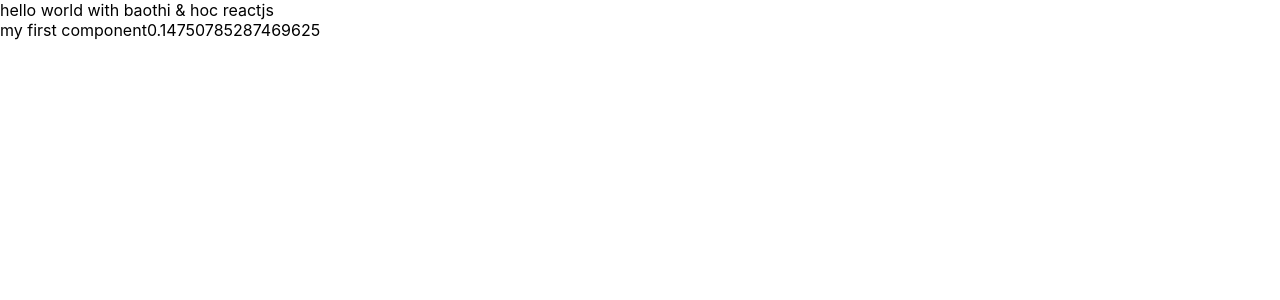
Repository: baothi/base-reactjs
Page: /
The author's editor kept a copy of each file at every save. The page is drawn from the files as they stood at one save, then again after the next save.
The browser window is 1280 px wide. The pictures show the whole page.
The project was rebuilt for these pictures with package versions that can differ from the ones it lists, and the page was loaded fresh each time. Also part of the build but not shown: src/App.css.

Above is the page before, as saved 2022-10-08 13:12:05.

### src/App.js
import logo from './logo.svg';
import './App.css';
import { useDispatch, useSelector } from 'react-redux';
// import { increaseCounter, decreaseCounter } from './redux/action/counterAction';
import MyComponent from './components/MyComponent';


function App() {
  // const count = useSelector(state => state.counter.count);
  // const dispatch = useDispatch();
  return (
    <div>
      hello world with baothi &amp; hoc reactjs
      <MyComponent />
    </div>
    // <div className="App">
    //   <header className="App-header">
    //     <img src={logo} className="App-logo" alt="logo" />
    //     <p>
    //       Edit <code>src/App.js</code> and save to reload.
    //     </p>
    //     <a
    //       className="App-link"
    //       href="https://reactjs.org"
    //       target="_blank"
    //       rel="noopener noreferrer"
    //     >
    //       Learn React
    //     </a>
    //     <div>Count = {count}</div>
    //     <button onClick={() => dispatch(increaseCounter())}>Increase</button>
    //     <button onClick={() => dispatch(decreaseCounter())}>Decrease</button>
    //   </header>
    // </div>
  );
}

export default App;

### src/components/MyComponent.js
import React from "react";

class MyComponent extends React.Component {
    // JSX
    render() {
        return(
            <div>
                my first component
                {Math.random()}
            </div>
        );
    }
}

export default MyComponent;

Loaded but not shown: public/index.html (common file); src/index.js (common file); src/index.css (common file); src/reportWebVitals.js (common file)

After the next save:
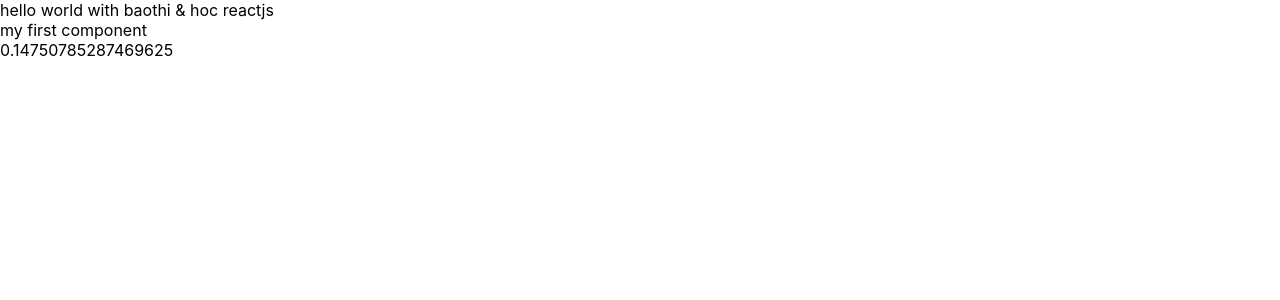
Saved 16 s later.
--- a/src/components/MyComponent.js
+++ b/src/components/MyComponent.js
@@ -5,7 +5,7 @@
     render() {
         return(
             <div>
-                my first component
+                my first component <br />
                 {Math.random()}
             </div>
         );
